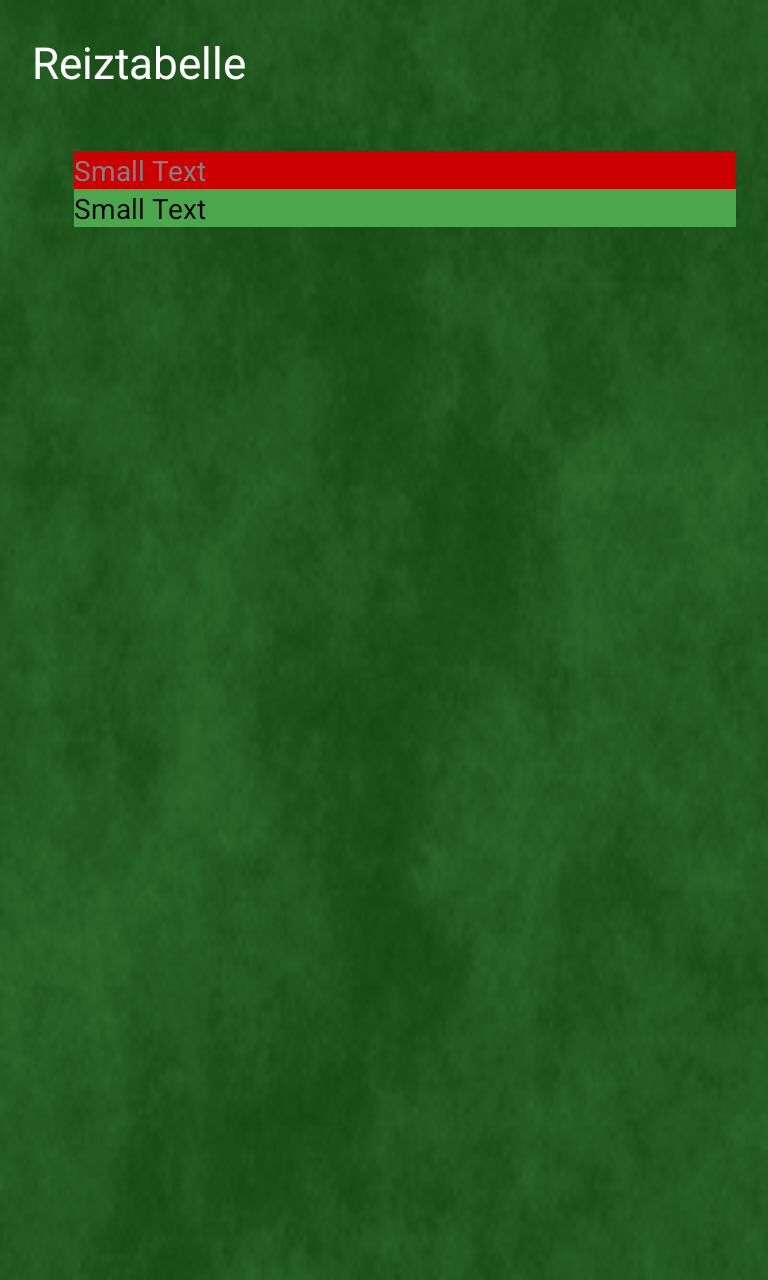
Repository: razinanu/InSy-Skat
Layout: InSy-Skat/res/layout/fragment_result.xml
The author's editor kept a copy of each file at every save. The layout is drawn from the files as they stood at one save, then again after the next save.
It is drawn on a 768 x 1280 px phone screen (xhdpi) without system bars, with theme AppTheme; the app's code is not run.

Above is the layout before, as saved 2014-06-19 18:35:28.

After the next save:
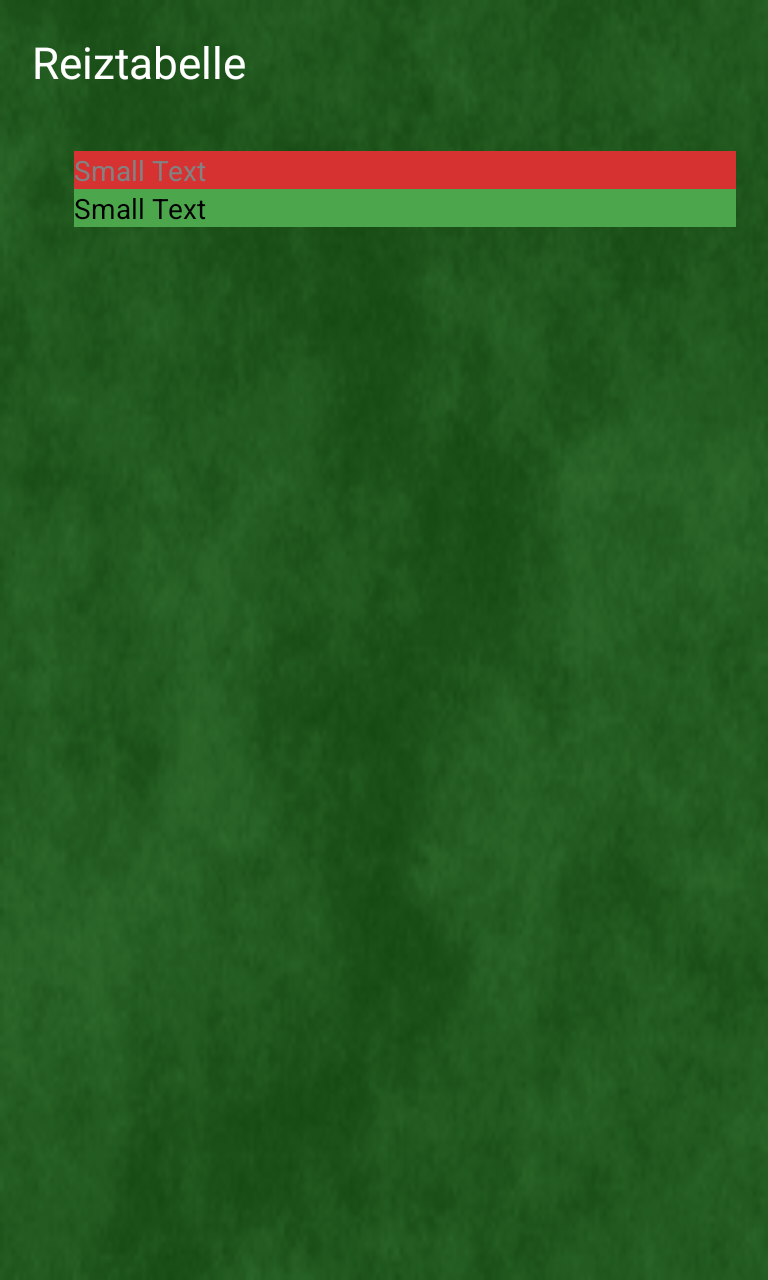
Saved 2 min 17 s later.
--- a/InSy-Skat/res/values/color.xml
+++ b/InSy-Skat/res/values/color.xml
@@ -3,5 +3,5 @@
 <color name="textAvailable">#000000</color>
 <color name="textnotAvailable">#828282</color>
 <color name="backgroundAvailable">#4CA64C</color>
-<color name="backgroundnotAvailable">#CC0000</color>
+<color name="backgroundnotAvailable">#D63232</color>
 </resources>
